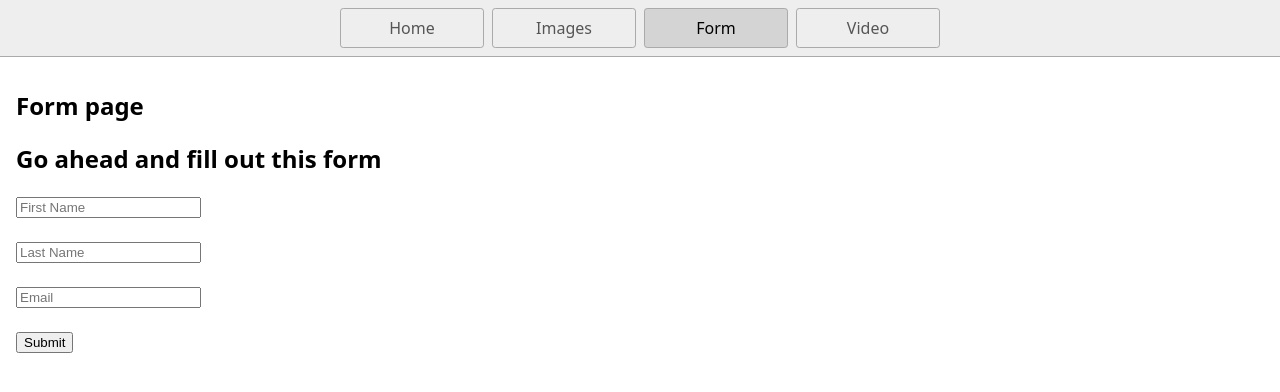
Repository: sebas6292/palmTree-Final
Page: Form.html
These files come from the project's save history. The page is drawn as it stood at one moment and after the next save; the edit follows.
The browser window is 1280 px wide. The pictures show the whole page.

Above is the page before, as saved 2023-05-27 11:03:32.
Not found: script.js

After the next save:
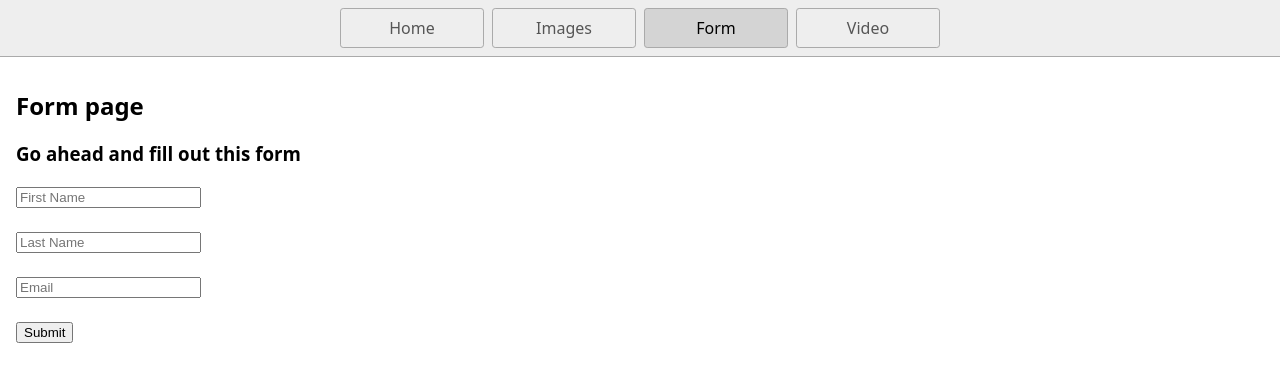
Saved 9 s later.
--- a/Form.html
+++ b/Form.html
@@ -20,7 +20,7 @@
     </nav>
     <main>
       <h1>Form page</h1>
-      <h2>Go ahead and fill out this form</h2>
+      <h3>Go ahead and fill out this form</h3>
       <form action="/action_page.php">
 
         <input type="text" id="fname" name="fname" placeholder="First Name"><br>
